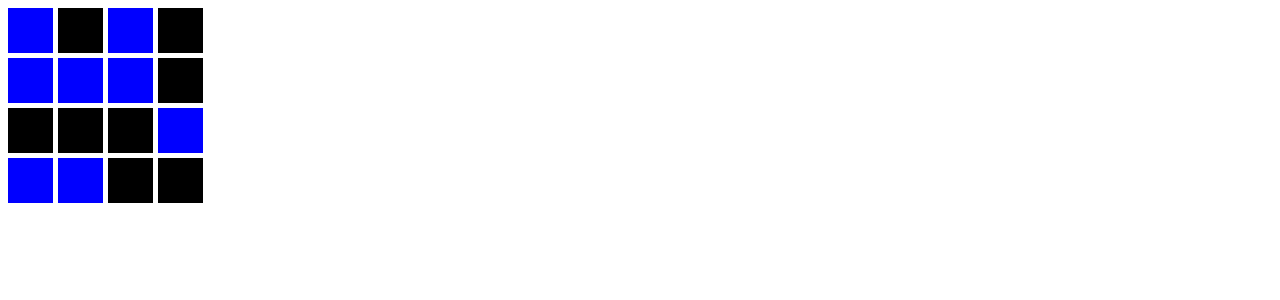
Repository: JAEGyEOng69/Python
Page: workspace_python/FAST_SOCKET/static/canvas4.html
These files come from the project's save history. The page is drawn as it stood at one moment and after the next save; the edit follows.
The browser window is 1280 px wide. The pictures show the whole page.

Above is the page before, as saved 2022-10-18 01:40:01.

After the next save:
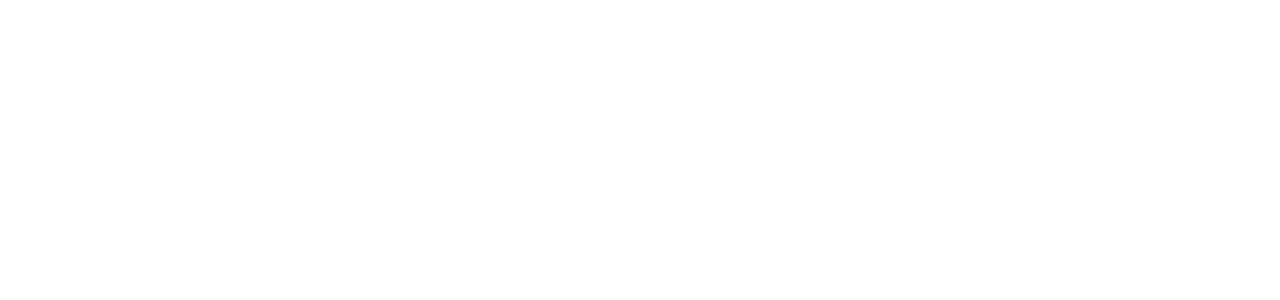
Console error: ReferenceError: cvr2D is not defined
Saved 2 min 31 s later.
--- a/workspace_python/FAST_SOCKET/static/canvas4.html
+++ b/workspace_python/FAST_SOCKET/static/canvas4.html
@@ -4,7 +4,7 @@
 <meta charset="UTF-8">
 <title>Insert title here</title>
 <script type="text/javascript">
-	var cvr2D = [
+	var str = [
 	   [1,0,1,0],
 	   [1,1,1,0],
 	   [0,0,0,1],

After the 5 saves that followed:
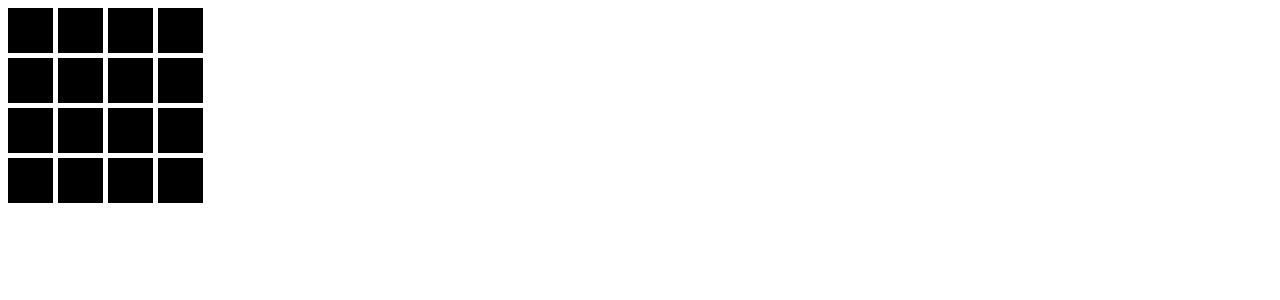
The error is gone.
The 5 saves are shown as one change because 1 left the picture as it was and some came seconds apart.
The last was saved 83 s later.
--- a/workspace_python/FAST_SOCKET/static/canvas4.html
+++ b/workspace_python/FAST_SOCKET/static/canvas4.html
@@ -4,25 +4,21 @@
 <meta charset="UTF-8">
 <title>Insert title here</title>
 <script type="text/javascript">
-	var str = [
-	   [1,0,1,0],
-	   [1,1,1,0],
-	   [0,0,0,1],
-	   [1,1,0,0]
-	];
+	var str = "1,0,1,0,1,1,1,0,0,0,0,1,1,1,0,0" ;
 
 	function myinit(){
+
 		var canvas = document.querySelector('#mycan');
 		var ctx = canvas.getContext('2d');
 		for(var i=0; i<4; i++){
 			for(var j=0; j<4; j++){
-				if(cvr2D[i][j]==0){
+// 				if(cvr2D[i][j]==0){
 					ctx.fillStyle = 'black';
 					ctx.fillRect(j*50, i*50, 45, 45);
-				}else{
-					ctx.fillStyle = 'blue';
-					ctx.fillRect(j*50, i*50, 45, 45);
-				}
+// 				}else{
+// 					ctx.fillStyle = 'blue';
+// 					ctx.fillRect(j*50, i*50, 45, 45);
+// 				}
 
 			}
 		}
